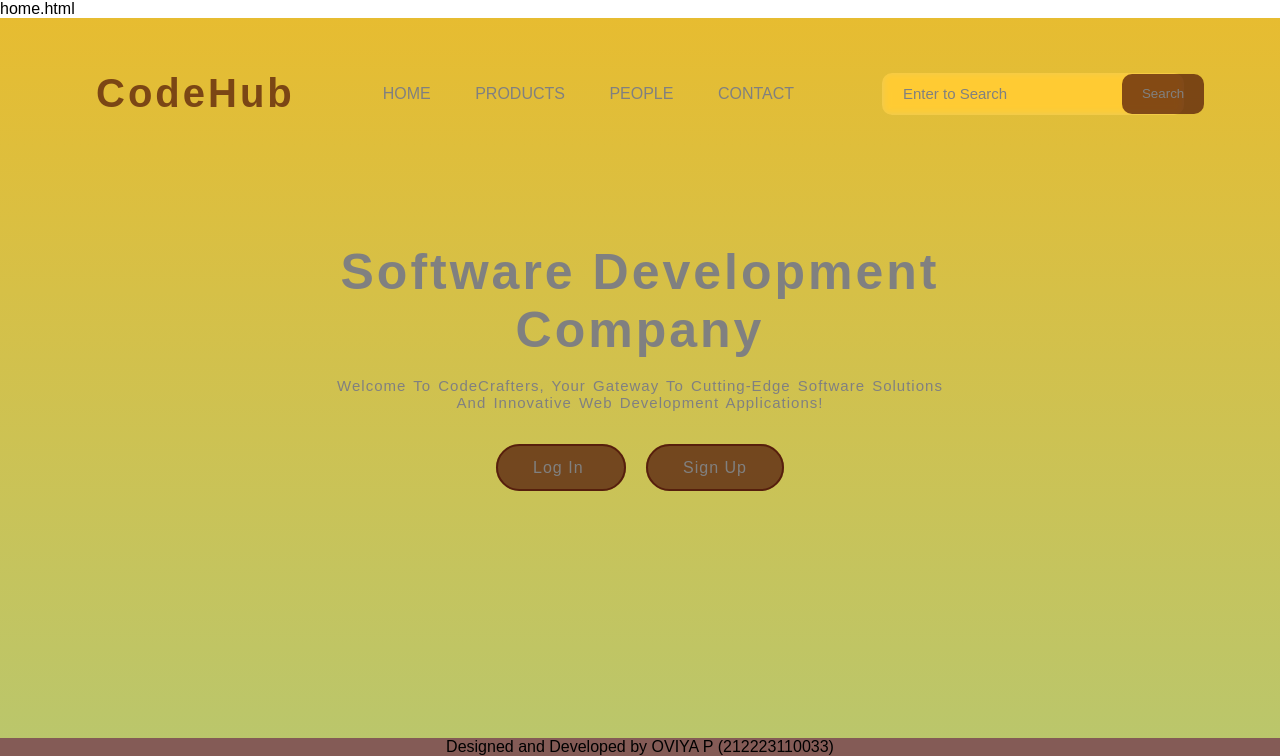
Repository: Oviya24032K6/softweb
Page: oviya/softapp/static/home.html
An editor plug-in stored every save of this project. The page is shown before and after a run of saves, followed by the edit.
The browser window is 1280 px wide. The pictures show the whole page.

Above is the page before, as saved 2024-04-24 05:32:32.

After the next 4 saves:
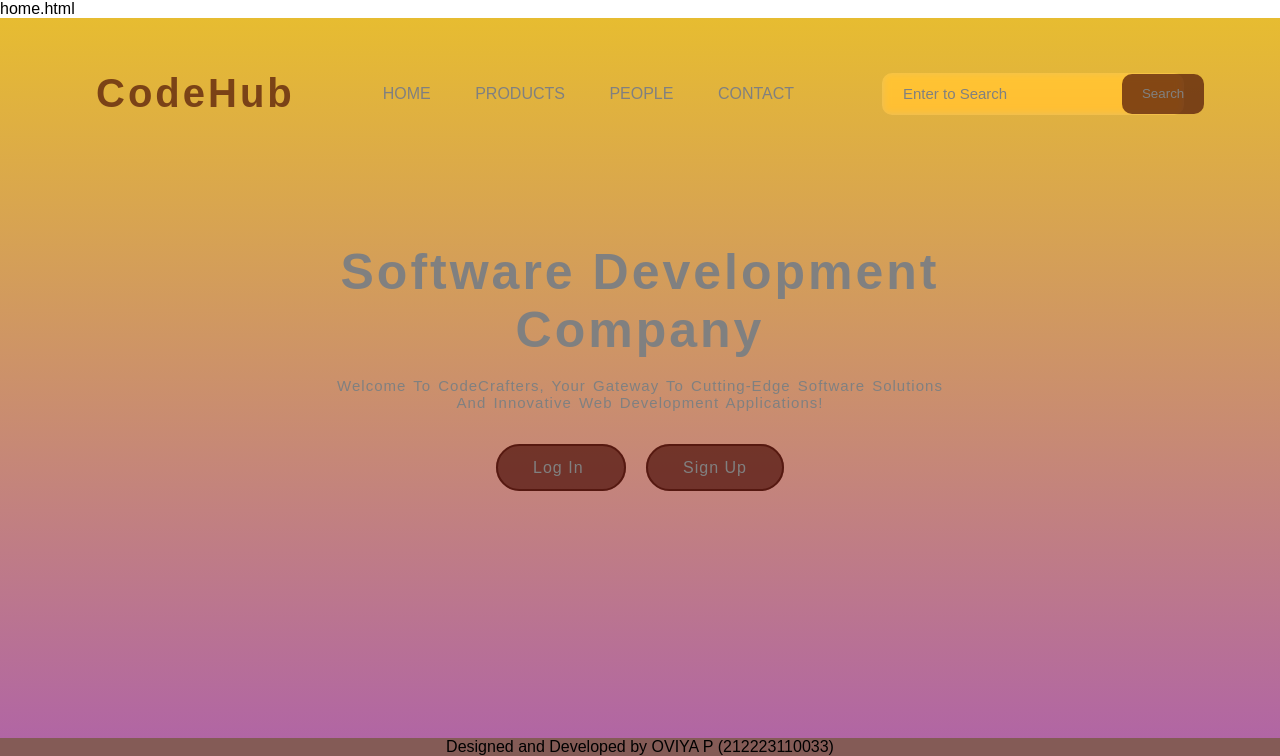
The 4 saves are shown as one change because they came seconds apart.
The last was saved 18 s later.
--- a/oviya/softapp/static/home.html
+++ b/oviya/softapp/static/home.html
@@ -13,7 +13,7 @@ home.html
             .banner {
                 width: 100%;
                 height: 100vh;
-                background-image: linear-gradient(rgba(226, 175, 8, 0.836),rgba(145, 164, 18, 0.625));
+                background-image: linear-gradient(rgba(226, 175, 8, 0.836),rgba(130, 9, 109, 0.625));
                 background-size: cover;
                 background-position: center;
             }
